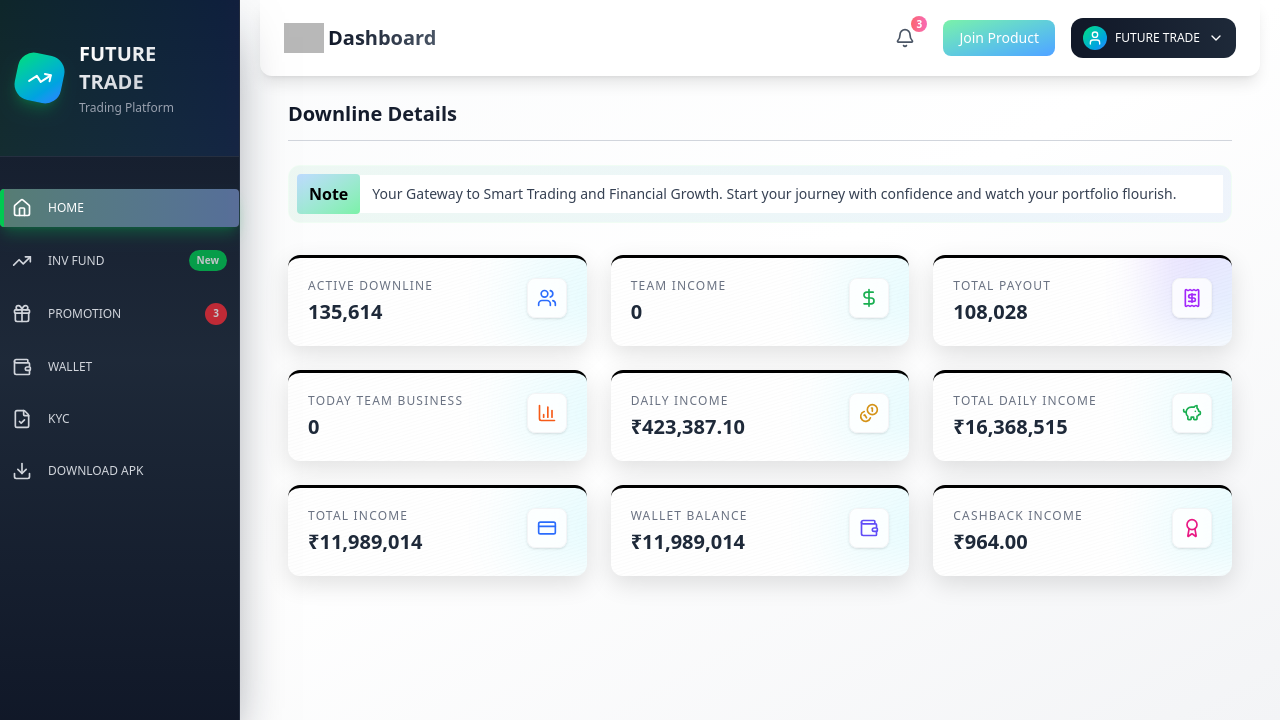
Repository: GauraVPandeyyy/Trade
Page: /
These files come from the project's save history. The page is drawn as it stood at one moment and after a run of saves; the edit follows.
The browser window is 1280 px wide. The pictures show the whole page.
Pictures or frames that could not be fetched are drawn as grey boxes. The project was rebuilt for these pictures with package versions that can differ from the ones it lists, and the page was loaded fresh each time. Some packages were replaced by stand-ins written for this rebuild. Also part of the build but not shown: vite.config.js, src/pages/Home.jsx, src/pages/InvFund.jsx, src/pages/Promotion.jsx, src/pages/Wallet.jsx, src/pages/Kyc.jsx, src/pages/DownloadApk.jsx.

Above is the page before, as saved 2025-08-02 13:43:53.

### src/main.jsx
import { StrictMode } from 'react'
import { createRoot } from 'react-dom/client'
import './index.css'
import App from './App.jsx'
import { BrowserRouter, RouterProvider } from 'react-router-dom'
import router from './routes.jsx/router.jsx'

createRoot(document.getElementById('root')).render(
  <StrictMode>
    <RouterProvider router={router} />
  </StrictMode>,
)

### src/App.jsx
import React from 'react'
import Sidebar from './components/Sidebar'
import { Outlet } from 'react-router-dom'
import Dashboard from './pages/Dashboard'
function App() {
  return (
    // <div className='text-center bg-gray-950 relative text-white min-h-screen w-screen'>
    //   <div className='absolute top-0 left-0 bottom-0 w-[300px] h-screen'>
    //     <Sidebar />
    //   </div>
    //   <Outlet />
    //   <h1>hello from h1</h1>
    // </div>
    <Dashboard />
  )
}

export default App

### src/routes.jsx/router.jsx
import App from "../App";
import Home from "../pages/Home";
import InvFund from "../pages/InvFund";
import Promotion from "../pages/Promotion";
import Wallet from "../pages/Wallet";
import Kyc from "../pages/Kyc";
import DownloadApk from "../pages/DownloadApk";
import { createBrowserRouter } from "react-router-dom";

const router = createBrowserRouter([
    {
        path: "/",
        element: <App />,
        children: [
            { path: "", element: <Home /> },
            { path: "inv-fund", element: <InvFund /> },
            { path: "promotion", element: <Promotion /> },
            { path: "wallet", element: <Wallet /> },
            { path: "kyc", element: <Kyc /> },
            { path: "download", element: <DownloadApk /> },
        ],
    },
]);

export default router;

### src/pages/Dashboard.jsx
import React, { useState, useEffect } from 'react';
import {
  Home,
  TrendingUp,
  Gift,
  Wallet,
  FileCheck,
  Download,
  Menu,
  X,
  Bell,
  ChevronDown,
  Users,
  DollarSign,
  CreditCard,
  BarChart3,
  PiggyBank,
  Coins,
  Receipt,
  Award,
  Search,
  Settings,
  LogOut,
  User
} from 'lucide-react';
import Sidebar from '../components/Sidebar';
import Header from '../components/Header';
import DashboardCard from '../components/DashboardCard'
// Enhanced hook for sidebar with responsive behavior
const useSidebarToggle = () => {
  const [isOpen, setIsOpen] = useState(false);
  const [isMobile, setIsMobile] = useState(false);

  useEffect(() => {
    const checkScreenSize = () => {
      setIsMobile(window.innerWidth < 768);
      if (window.innerWidth >= 768) {
        setIsOpen(false); // Reset mobile state when going to desktop
      }
    };

    checkScreenSize();
    window.addEventListener('resize', checkScreenSize);
    return () => window.removeEventListener('resize', checkScreenSize);
  }, []);

  const toggle = () => setIsOpen(!isOpen);
  const close = () => setIsOpen(false);

  return { isOpen, toggle, close, isMobile };
};



// Main Dashboard Component
const Dashboard = () => {
  const { isOpen, toggle, close, isMobile } = useSidebarToggle();
  const [statsVisible, setStatsVisible] = useState(false);

  useEffect(() => {
    const timer = setTimeout(() => setStatsVisible(true), 300);
    return () => clearTimeout(timer);
  }, []);

  const dashboardData = [
    { icon: Users, label: "Active Downline", value: "135,614", color: "text-blue-600", trend: 12.5 },
    { icon: DollarSign, label: "Team Income", value: "0", color: "text-green-600", trend: 0 },
    { icon: Receipt, label: "Total Payout", value: "108,028", color: "text-purple-600", trend: -2.1 },
    { icon: BarChart3, label: "Today Team Business", value: "0", color: "text-orange-600", trend: 0 },
    { icon: Coins, label: "Daily Income", value: "₹423,387.10", color: "text-yellow-600", trend: 8.3 },
    { icon: PiggyBank, label: "Total Daily Income", value: "₹16,368,515", color: "text-green-600", trend: 15.7 },
    { icon: CreditCard, label: "Total Income", value: "₹11,989,014", color: "text-blue-600", trend: 22.4 },
    { icon: Wallet, label: "Wallet Balance", value: "₹11,989,014", color: "text-indigo-600", trend: 5.2 },
    { icon: Award, label: "Cashback Income", value: "₹964.00", color: "text-pink-600", trend: 3.1 },
  ];

  return (
    <div className="flex min-h-screen bg-gradient-to-br from-gray-50 via-white to-gray-100">
      {/* Sidebar */}
      <Sidebar isOpen={isOpen} onClose={close} isMobile={isMobile} />

      {/* Main Content */}
      <div className={`flex-1 flex flex-col transition-all duration-300 px-5 ${!isMobile ? 'ml-0' : ''}`}>
        {/* Header */}
        <Header onMenuClick={toggle} isMobile={isMobile} />

        {/* Main Content Area */}
        <main className="flex-1 py-6 px-7 space-y-8">
          {/* Page Header */}
          <div className={`transform transition-all duration-500 ${statsVisible ? 'translate-y-0 opacity-100' : 'translate-y-4 opacity-0'}`}>
            <div className="mb-6">

              <h2 className="text-xl font-semibold bg-gradient-to-r from-gray-900 to-gray-600 bg-clip-text text-transparent mb-3">
                Downline Details
              </h2>
              <hr className='w-[100%] text-gray-300' />
              {/* <p className="text-gray-600 text-sm">Monitor your network growth and earnings</p> */}

            </div>

            {/* Enhanced Note Section */}
            <div className="relative bg-gradient-to-r from-gray-50 to-gray-50 border border-green-50 rounded-xl p-2 mb-6 overflow-hidden">
              <div className="absolute inset-0 bg-gradient-to-r from-green-500/5 to-blue-500/5"></div>
              <div className="relative flex items-center space-x-0">
                {/* <div className="w-10 h-10 bg-gradient-to-br from-green-500 to-blue-500 rounded-2xl flex items-center justify-center text-white shadow-lg">
                  <Gift size={20} />
                </div> */}

                <h5 className='font-bold bg-gradient-to-br from-blue-200 to-green-300 px-3 py-2 rounded'>
                  Note
                </h5>

                <div className="flex-1">
                  {/* <h3 className="text-md font-semibold text-gray-900 ">Welcome to Future Trade</h3> */}
                  <p className="text-gray-700 leading-relaxed text-[14px] bg-white py-2 px-3">
                    Your Gateway to Smart Trading and Financial Growth. Start your journey with confidence and watch your portfolio flourish.
                  </p>
                </div>
              </div>
            </div>
          </div>

          {/* Dashboard Cards Grid */}
          <div className="grid grid-cols-1 md:grid-cols-2 lg:grid-cols-3 gap-6">
            {dashboardData.map((card, index) => (
              <DashboardCard
                key={index}
                icon={card.icon}
                label={card.label}
                value={card.value}
                colorClass={card.color}
                trend={card.trend}
                delay={100}
              />
            ))}
          </div>

          {/* Quick Actions */}
          {/* <div className="mt-8">
            <h3 className="text-xl font-semibold text-gray-900 mb-4">Quick Actions</h3>
            <div className="grid grid-cols-2 md:grid-cols-4 gap-4">
              {[
                { icon: TrendingUp, label: "New Investment", color: "from-green-500 to-green-600" },
                { icon: Users, label: "Invite Friends", color: "from-blue-500 to-blue-600" },
                { icon: Wallet, label: "Withdraw Funds", color: "from-purple-500 to-purple-600" },
                { icon: BarChart3, label: "View Reports", color: "from-orange-500 to-orange-600" },
              ].map((action, index) => (
                <button
                  key={index}
                  className={`
                    p-6 bg-gradient-to-br ${action.color} text-white rounded-2xl
                    hover:scale-105 hover:shadow-lg transition-all duration-300
                    group relative overflow-hidden
                  `}
                  style={{ animationDelay: `${index * 100}ms` }}
                >
                  <div className="relative z-10 text-center">
                    <action.icon size={24} className="mx-auto mb-2 group-hover:scale-110 transition-transform duration-300" />
                    <p className="text-sm font-medium">{action.label}</p>
                  </div>
                  <div className="absolute inset-0 bg-gradient-to-r from-white/20 to-transparent transform -skew-x-12 -translate-x-full group-hover:translate-x-full transition-transform duration-1000"></div>
                </button>
              ))}
            </div>
          </div> */}

          {/* <div className="mt-10">
            <h3 className="text-2xl font-bold text-gray-900 mb-6">Quick Actions</h3>
            <div className="grid grid-cols-2 md:grid-cols-4 gap-5">
              {[
                {
                  icon: TrendingUp,
                  label: "New Investment",
                  color: "from-teal-500 to-cyan-600",
                  hoverColor: "hover:shadow-teal-500/20",
                  iconBg: "bg-teal-400/10"
                },
                {
                  icon: Users,
                  label: "Invite Friends",
                  color: "from-indigo-500 to-blue-500",
                  hoverColor: "hover:shadow-indigo-500/20",
                  iconBg: "bg-indigo-400/10"
                },
                {
                  icon: Wallet,
                  label: "Withdraw Funds",
                  color: "from-violet-600 to-purple-500",
                  hoverColor: "hover:shadow-violet-600/20",
                  iconBg: "bg-violet-400/10"
                },
                {
                  icon: BarChart3,
                  label: "View Reports",
                  color: "from-amber-400 to-orange-500",
                  hoverColor: "hover:shadow-amber-500/20",
                  iconBg: "bg-amber-400/10"
                }
              ].map((action, index) => (
                <button
                  key={index}
                  className={`
          p-6 bg-gradient-to-br ${action.color} text-white rounded-2xl
          hover:scale-[1.03] transform transition-all duration-300 ease-out
          shadow-md hover:shadow-lg ${action.hoverColor}
          group relative overflow-hidden border border-white/10
          flex flex-col items-center justify-center
          before:absolute before:inset-0 before:bg-white/5 before:opacity-0
          before:transition-opacity before:duration-300 hover:before:opacity-100
        `}
                  style={{
                    animationDelay: `${index * 100}ms`,
                    transitionDelay: `${index * 50}ms`
                  }}
                >

                  <div className="absolute inset-0 overflow-hidden">
                    <div className="absolute -inset-y-full -left-20 w-40 bg-white/30 transform rotate-12
            group-hover:animate-shimmer transition-all duration-1000" />
                  </div>

                  <div className="relative z-10 flex flex-col items-center">
                    <div className={`
            p-3 mb-3 rounded-xl bg-white/10 backdrop-blur-sm
            border border-white/20 group-hover:bg-white/15
            transition-all duration-300
          `}>
                      <action.icon
                        size={22}
                        className="group-hover:scale-110 transition-transform duration-300"
                        strokeWidth={1.5}
                      />
                    </div>
                    <p className="text-sm font-semibold tracking-wide">{action.label}</p>
                  </div>


                  <div className={`
          absolute -bottom-4 -right-4 w-16 h-16 rounded-full blur-lg
          bg-white/10 group-hover:bg-white/20 transition-all duration-500
        `}></div>
                </button>
              ))}
            </div>
          </div> */}
        </main>
      </div>

      <style jsx>{`
        @keyframes fadeInScale {
          from {
            opacity: 0;
            transform: scale(0.95) translateY(-10px);
          }
          to {
            opacity: 1;
            transform: scale(1) translateY(0);
          }
        }

        .animate-fadeInScale {
          animation: fadeInScale 0.2s ease-out;
        }
      `}</style>
    </div>
  );
};

export default Dashboard;

### src/components/DashboardCard.jsx
import { useState, useEffect } from 'react';


const DashboardCard = ({ icon: Icon, label, value, colorClass = "text-blue-600", trend, delay = 0 }) => {
  const [isVisible, setIsVisible] = useState(false);

  useEffect(() => {
    const timer = setTimeout(() => setIsVisible(true), delay);
    return () => clearTimeout(timer);
  }, [delay]);

  return (
    // <div
    //   className={`
    //     group relative bg-white rounded-2xl px-3 py-3 shadow-sm bg-gradient-to-br from-indigo-00 via-cyan-300 to-emerald-200  border border-gray-200
    //     hover:shadow-xl hover:shadow-gray-200/50 transition-all duration-300 cursor-pointer
    //     hover:-translate-y-2 hover:border-gray-200
    //     transform ${isVisible ? 'translate-y-0 opacity-100' : 'translate-y-8 opacity-0'}
    //     before:absolute before:inset-0 before:rounded-xl before:bg-gradient-to-r
    //     before:from-transparent before:via-transparent before:to-gray-50/50
    //     before:opacity-0 hover:before:opacity-100 before:transition-opacity before:duration-300
    //   `}
    //   style={{ transitionDelay: `${delay}ms` }}
    // >
    //   {/* Gradient overlay on hover */}
    //   <div className="absolute inset-0 rounded-xl bg-gradient-to-br from-white to-gray-50/30 opacity-0 group-hover:opacity-100 transition-opacity duration-300"></div>

    //   <div className="relative z-10 flex items-start justify-between">
    //     <div className="flex-1">
    //       <p className="text-xs font-medium text-gray-500 mb-2 tracking-wide uppercase">{label}</p>
    //       <div className="flex items-baseline space-x-2">
    //         <p className="text-lg font-bold text-gray-900 tracking-tight">{value}</p>
    //         {trend && (
    //           <span className={`text-xs font-medium ${trend >= 0 ? 'text-green-600' : 'text-red-600'}`}>
    //             {trend > 0 ? '+' : ''}{trend}%
    //           </span>
    //         )}
    //       </div>
    //     </div>
    //     <div className={`
    //       p-3 rounded-2xl transition-all duration-500 group-hover:scale-110 group-hover:rotate-6
    //       bg-gradient-to-br from-gray-50 to-gray-100 group-hover:from-white group-hover:to-gray-50
    //       ${colorClass} group-hover:shadow-lg
    //     `}>
    //       <Icon size={28} className="transition-transform duration-500 group-hover:scale-110" />
    //     </div>
    //   </div>

    //   {/* Animated bottom border */}
    //   <div className={`absolute bottom-0 left-0 h-1 bg-gradient-to-r ${colorClass.replace('text-', 'from-')} to-transparent rounded-b-2xl transition-all duration-500 w-0 group-hover:w-full`}></div>
    // </div>

    <div
      className={`
    relative h-auto border-t-3 rounded-xl p-5 overflow-hidden
    bg-white border-t-gradient-to-br from-green-400 to-blue-500
    shadow-[0_8px_24px_rgba(0,0,0,0.12)] hover:shadow-[0_12px_16px_rgba(0,0,0,0.18)]
    transition-all duration-300 ease-out
    transform ${isVisible ? 'translate-y-0 opacity-100' : 'translate-y-8 opacity-0'}
    hover:-translate-y-2 cursor-pointer
    group
  `}
      style={{ transitionDelay: `${delay}ms` }}
    >
      {/* Premium SVG background */}
      <div className="absolute inset-0 opacity-10 group-hover:opacity-20 transition-opacity duration-700">
        <svg width="100%" height="100%" viewBox="0 0 256 256" preserveAspectRatio="none">
          <defs>
            <pattern id="diagonalHatch" patternUnits="userSpaceOnUse" width="10" height="10">
              <path d="M-1,1 l2,-2 M0,10 l10,-10 M9,11 l2,-2" stroke="#888" strokeWidth="0.5" />
            </pattern>
          </defs>
          <rect width="100%" height="100%" fill="url(#diagonalHatch)" />
        </svg>
      </div>

      {/* Floating gradient accent */}
      <div className={`
    absolute -top-20 -right-20 w-40 h-40 rounded-xl blur-xl opacity-20
    bg-gradient-to-br ${colorClass.replace('text-', 'from-')} to-cyan-300
    transition-all duration-1000 group-hover:opacity-30 group-hover:-top-16
  `}></div>

      <div className="relative z-10 h-full flex flex-col">
        <div className="flex justify-between items-start">
          <div>
            <p className="text-xs font-medium text-gray-500 mb-1 tracking-widest uppercase">{label}</p>
            <p className="text-xl font-bold text-gray-800">{value}</p>
          </div>

          {/* Icon placed in top-right corner with better styling */}
          <div className={`
        w-10 h-10 rounded-lg flex items-center justify-center
        bg-white/80 backdrop-blur-sm shadow-sm
        border border-gray-100
        transition-all duration-500 group-hover:scale-110 group-hover:rotate-12
        ${colorClass}
      `}>
            <Icon size={20} className="opacity-90" />
          </div>
        </div>

        {/* {trend !== null && trend !== undefined && (
          <div className={`mt-auto w-fit inline-flex items-center px-3 py-1.5 rounded-full text-xs font-medium
    ${trend > 0 ? 'bg-green-50 text-green-700' : 'bg-red-50 text-red-700'}`}>
            {trend > 0 ? (
              <svg className="w-3 h-3 mr-1.5" fill="currentColor" viewBox="0 0 20 20">
                <path fillRule="evenodd" d="M14.707 12.707a1 1 0 01-1.414 0L10 9.414l-3.293 3.293a1 1 0 01-1.414-1.414l4-4a1 1 0 011.414 0l4 4a1 1 0 010 1.414z" clipRule="evenodd" />
              </svg>
            ) : (
              <svg className="w-3 h-3 mr-1.5" fill="currentColor" viewBox="0 0 20 20">
                <path fillRule="evenodd" d="M5.293 7.293a1 1 0 011.414 0L10 10.586l3.293-3.293a1 1 0 111.414 1.414l-4 4a1 1 0 01-1.414 0l-4-4a1 1 0 010-1.414z" clipRule="evenodd" />
              </svg>
            )}
            {Math.abs(trend)}%
          </div>
        )} */}

      </div>

      {/* Interactive border animation */}
      <div className={`
    absolute inset-0 rounded-2xl pointer-events-none
    border-2 border-transparent group-hover:border-white/30
    transition-all duration-700
  `}></div>
    </div>
  );
};

export default DashboardCard;

Loaded but not shown: index.html (common file); src/index.css (common file); src/components/Header.jsx (117 lines, source omitted); src/components/Sidebar.jsx (169 lines, source omitted)

After the next 2 saves:
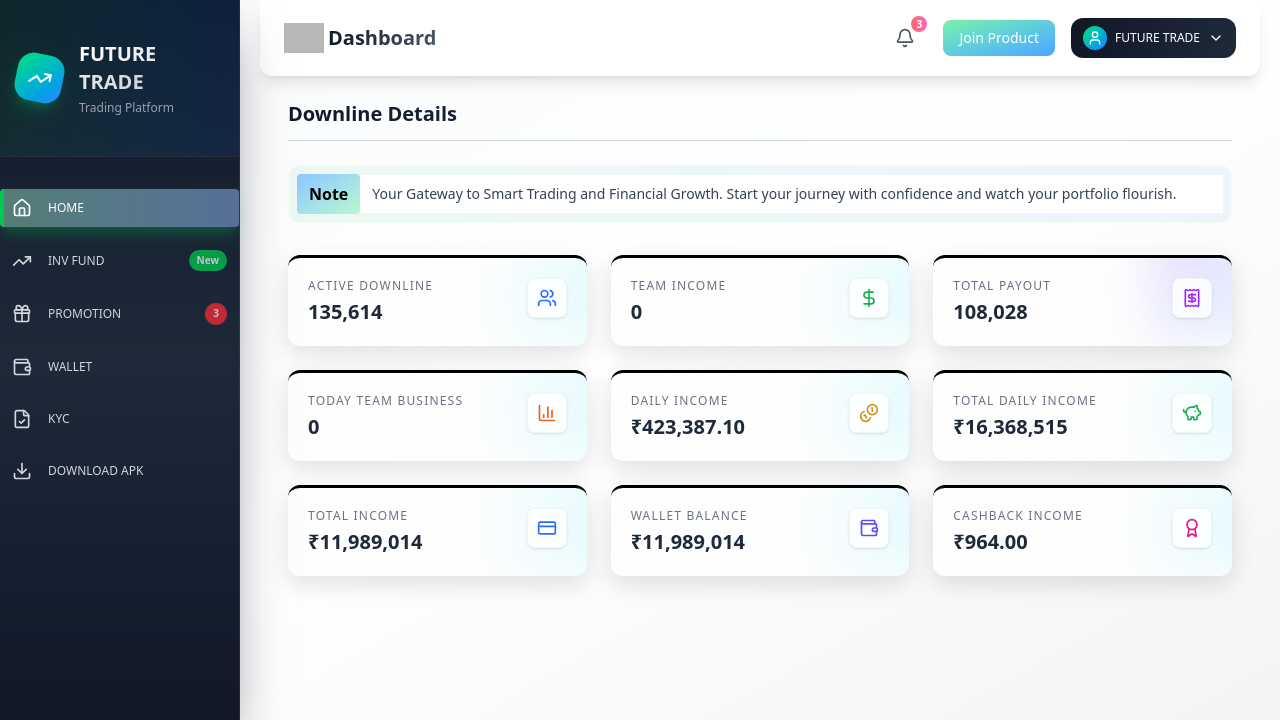
The 2 saves are shown as one change because they came seconds apart.
The last was saved 11 s later.
--- a/src/pages/Dashboard.jsx
+++ b/src/pages/Dashboard.jsx
@@ -106,7 +106,7 @@
                   <Gift size={20} />
                 </div> */}
 
-                <h5 className='font-bold bg-gradient-to-br from-blue-200 to-green-300 px-3 py-2 rounded'>
+                <h5 className='font-bold bg-gradient-to-br from-blue-300 to-green-200 px-3 py-2 rounded'>
                   Note
                 </h5>
 
